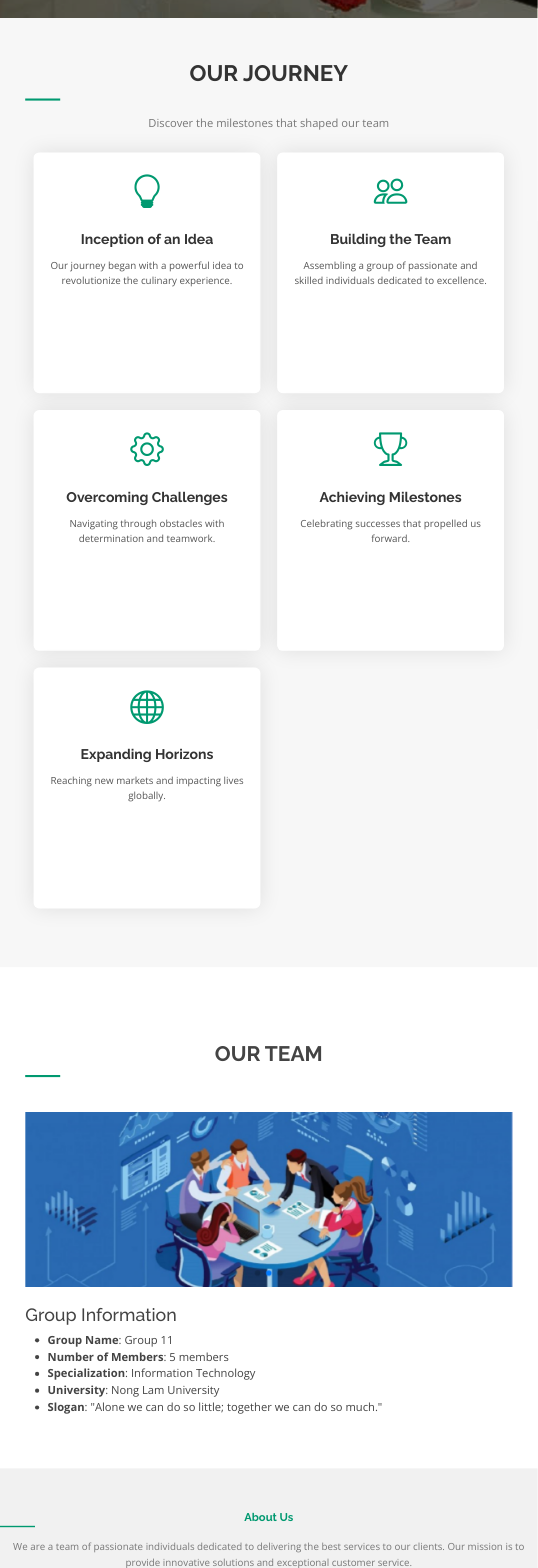
Repository: HoangKhangKhuPho4/Group_Web
Page: index.html
The author's editor kept a copy of each file at every save. The page is drawn from the files as they stood at one save, then again after the next save.
The browser window is 768 px wide. The pictures show the part of the page from y = 774 to 3014 px (the page is 3953 px tall before and 4114 px after), at 70% of full size.

Above is the page before, as saved 2024-10-20 00:19:50.

### index.html
<!DOCTYPE html>
<html lang="en">

<head>
  <meta charset="utf-8">
  <meta content="width=device-width, initial-scale=1.0" name="viewport">

  <title>Group 11</title>
  <meta content="" name="description">
  <meta content="" name="keywords">

  <!-- Favicons -->
  <link href="assets/img/favicon.png" rel="icon">
  <link href="assets/img/apple-touch-icon.png" rel="apple-touch-icon">

  <!-- Google Fonts -->
  <link
    href="https://fonts.googleapis.com/css?family=Open+Sans:300,300i,400,400i,600,600i,700,700i|Raleway:300,300i,400,400i,500,500i,600,600i,700,700i"
    rel="stylesheet">

  <!-- Vendor CSS Files -->
  <link href="assets/vendor/aos/aos.css" rel="stylesheet">
  <link href="assets/vendor/bootstrap/css/bootstrap.min.css" rel="stylesheet">
  <link href="assets/vendor/bootstrap-icons/bootstrap-icons.css" rel="stylesheet">
  <link href="assets/vendor/boxicons/css/boxicons.min.css" rel="stylesheet">
  <link href="assets/vendor/glightbox/css/glightbox.min.css" rel="stylesheet">
  <link href="assets/vendor/remixicon/remixicon.css" rel="stylesheet">
  <link href="assets/vendor/swiper/swiper-bundle.min.css" rel="stylesheet">

  <!-- Template Main CSS File -->
  <link href="assets/css/style.css" rel="stylesheet">

  <!-- Custom CSS -->
  <style>
    /* CSS cho Our Journey */

    .story-item {
      background: #fff;
      border-radius: 8px;
      box-shadow: 0 0 30px rgba(0, 0, 0, 0.1);
      transition: transform 0.3s;
      position: relative;
      width: 100%;
      overflow: hidden;
    }

    .story-item:hover {
      transform: translateY(-10px);
    }

    .story-item::before {
      content: "";
      display: block;
      padding-top: 100%; /* Tạo hình vuông */
    }

    .story-item .icon-box {
      position: absolute;
      top: 0;
      left: 0;
      right: 0;
      bottom: 0;
      display: flex;
      flex-direction: column;
      justify-content: center; /* Căn giữa theo chiều dọc */
      align-items: center; /* Căn giữa theo chiều ngang */
      padding: 20px;
    }

    .story-item .icon {
      margin-bottom: 20px;
      font-size: 48px;
      color: #009970;
    }

    .story-item .title {
      font-size: 20px;
      font-weight: 700;
      margin-bottom: 15px;
      color: #333;
      text-align: center;
    }

    .story-item .description {
      font-size: 14px;
      color: #555;
      text-align: center;
    }

    /* CSS cho Our Team */

    .portfolio-details .portfolio-details-slider {
      max-height: 400px; /* Giới hạn chiều cao slider */
      overflow: hidden;
    }

    .portfolio-details .portfolio-details-slider img {
      width: 100%;
      height: auto;
      max-height: 400px;
      object-fit: cover;
    }

    @media (max-width: 768px) {
      .portfolio-details .portfolio-details-slider {
        max-height: 250px; /* Giảm chiều cao trên màn hình nhỏ */
      }

      .portfolio-details .portfolio-details-slider img {
        max-height: 250px;
      }
    }
  </style>

</head>

<body>

  <!-- ======= Header ======= -->
  <header id="header" class="fixed-top d-flex align-items-center">
    <div class="container">
      <div class="header-container d-flex align-items-center justify-content-between">
        <div class="logo">
          <h1 class="text-light"><a href="index.html"><span>Group 11</span></a></h1>
        </div>

        <nav id="navbar" class="navbar">
          <ul>
            <li><a class="nav-link scrollto active" href="index.html">Home</a></li>
            <li><a class="nav-link scrollto" href="about.html">About</a></li>
            <li><a class="nav-link scrollto" href="groupDiary.html">Group Diary</a></li>
            <li><a class="nav-link scrollto" href="technical.html">Technical</a></li>
            <li><a class="nav-link scrollto" href="styleguide.html">Style Guide</a></li>
            <li><a class="nav-link scrollto" href="results.html">Results</a></li>
            <li><a class="nav-link scrollto" href="project.html">Project</a></li>
            <li><a class="nav-link scrollto" href="contact.html">Contact</a></li>
          </ul>
          <i class="bi bi-list mobile-nav-toggle"></i>
        </nav>
        <!-- .navbar -->

      </div>
      <!-- End Header Container -->
    </div>
  </header>
  <!-- End Header -->

  <!-- Bắt đầu phần nội dung chính -->
  <div class="content-wrap">
    <!-- ======= Hero Section ======= -->
    <section id="hero" class="d-flex align-items-center" style="padding-top: 80px;">
      <div class="container text-center position-relative" data-aos="fade-in" data-aos-delay="200">
        <h1>ENJOY YOUR HEALTHY DELICIOUS FOOD</h1>
        <h2>Lecturer: Trần Thị Thanh Nga</h2>
        <a href="https://caominhhieu22130081.github.io/nhom11-giaotiepnguoimay-master/" target="_blank"
          class="btn-get-started scrollto">Project</a>
      </div>
    </section>
    <!-- End Hero -->

    <main id="main">

      <!-- ======= Our Journey Section ======= -->
      <section id="our-team-story" class="our-team-story">
        <div class="container" data-aos="fade-up">
          <div class="section-title text-center">
            <h2>Our Journey</h2>
            <p>Discover the milestones that shaped our team</p>
          </div>

          <div class="story-container">
            <div class="row">

              <!-- Story Item 1 -->
              <div class="col-lg-4 col-md-6 mb-4">
                <div class="story-item" data-aos="fade-up" data-aos-delay="100">
                  <div class="icon-box">
                    <div class="icon">
                      <i class="bi bi-lightbulb"></i>
                    </div>
                    <h4 class="title">Inception of an Idea</h4>
                    <p class="description">Our journey began with a powerful idea to revolutionize the culinary experience.</p>
                  </div>
                </div>
              </div>

              <!-- Story Item 2 -->
              <div class="col-lg-4 col-md-6 mb-4">
                <div class="story-item" data-aos="fade-up" data-aos-delay="200">
                  <div class="icon-box">
                    <div class="icon">
                      <i class="bi bi-people"></i>
                    </div>
                    <h4 class="title">Building the Team</h4>
                    <p class="description">Assembling a group of passionate and skilled individuals dedicated to excellence.</p>
                  </div>
                </div>
              </div>

              <!-- Story Item 3 -->
              <div class="col-lg-4 col-md-6 mb-4">
                <div class="story-item" data-aos="fade-up" data-aos-delay="300">
                  <div class="icon-box">
                    <div class="icon">
                      <i class="bi bi-gear"></i>
                    </div>
                    <h4 class="title">Overcoming Challenges</h4>
                    <p class="description">Navigating through obstacles with determination and teamwork.</p>
                  </div>
                </div>
              </div>

              <!-- Story Item 4 -->
              <div class="col-lg-4 col-md-6 mb-4">
                <div class="story-item" data-aos="fade-up" data-aos-delay="400">
                  <div class="icon-box">
                    <div class="icon">
                      <i class="bi bi-trophy"></i>
                    </div>
                    <h4 class="title">Achieving Milestones</h4>
                    <p class="description">Celebrating successes that propelled us forward.</p>
                  </div>
                </div>
              </div>

              <!-- Story Item 5 -->
              <div class="col-lg-4 col-md-6 mb-4">
                <div class="story-item" data-aos="fade-up" data-aos-delay="500">
                  <div class="icon-box">
                    <div class="icon">
                      <i class="bi bi-globe"></i>
                    </div>
                    <h4 class="title">Expanding Horizons</h4>
                    <p class="description">Reaching new markets and impacting lives globally.</p>
                  </div>
                </div>
              </div>

            </div>
          </div>
        </div>
      </section>
      <!-- End Our Journey Section -->

      <!-- ======= Our Team Section ======= -->
      <section id="portfolio-details" class="portfolio-details" style="margin-top: 4%;">
        <div class="container">

          <div class="section-title text-center">
            <h2 style="font-size:30px; padding: 15px 30px;"><b>OUR TEAM</b></h2>
          </div>

          <div class="row gy-4">

            <div class="col-lg-6">
              <div class="portfolio-details-slider swiper">
                <div class="swiper-wrapper align-items-center">

                  <div class="swiper-slide">
                    <img src="assets/img/portfolio/portfolio-details-1.jpg" alt="">
                  </div>

                  <div class="swiper-slide">
                    <img src="assets/img/portfolio/portfolio-details-2.jpg" alt="">
                  </div>

                  <div class="swiper-slide">
                    <img src="assets/img/portfolio/portfolio-details-3.jpg" alt="">
                  </div>

                </div>
                <div class="swiper-pagination"></div>
              </div>
            </div>

            <div class="col-lg-6">
              <div class="portfolio-info">
                <h3>Group Information</h3>
                <ul>
                  <li><strong>Group Name</strong>: Group 11</li>
                  <li><strong>Number of Members</strong>: 5 members</li>
                  <li><strong>Specialization</strong>: Information Technology</li>
                  <li><strong>University</strong>: Nong Lam University</li>
                  <li><strong>Slogan</strong>: "Alone we can do so little; together we can do so much."</li>
                </ul>
              </div>

            </div>

          </div>

        </div>
      </section>
      <!-- End Our Team Section -->

    </main>
    <!-- End #main -->
  </div>
  <!-- Kết thúc phần nội dung chính -->

  <!-- ======= Footer ======= -->
  <footer id="footer">
    <!-- ... (giữ nguyên nội dung footer) ... -->
    <div class="footer-container">
      <div class="footer-column">
        <h4>About Us</h4>
        <p>We are a team of passionate individuals dedicated to delivering the best services to our clients. Our mission
          is to provide innovative solutions and exceptional customer service.</p>
      </div>
      <div class="footer-column">
        <h4>Useful Links</h4>
        <ul>
          <li><a href="index.html">Home</a></li>
          <li><a href="about.html">About Us</a></li>
          <li><a href="services.html">Services</a></li>
          <li><a href="terms.html">Terms of Service</a></li>
          <li><a href="privacy.html">Privacy Policy</a></li>
        </ul>
      </div>
      <div class="footer-column">
        <h4>Services</h4>
        <ul>
          <li><a href="#">Web Design</a></li>
          <li><a href="#">Web Development</a></li>
          <li><a href="#">Marketing</a></li>
          <li><a href="#">Graphic Design</a></li>
          <li><a href="#">Technical Support</a></li>
        </ul>
      </div>
      <div class="footer-column">
        <h4>Contact Us</h4>
        <p>
          123 ABC Street, XYZ District<br>
          City, Country<br>
          Phone: +84 123 456 789<br>
          Email: info@example.com
        </p>
      </div>
    </div>
    <div class="footer-bottom">
      <div class="container d-md-flex py-4">
        <div class="me-md-auto text-center text-md-start">
          <div class="copyright">
            &copy; Copyright <strong><span>Group 11</span></strong>. All Rights Reserved
          </div>
          <div class="credits">
            Designed by <a href="#">Group 11</a>
          </div>
        </div>
        <div class="social-links text-center text-md-right pt-3 pt-md-0">
          <a href="#" class="twitter" title="Twitter"><i class="bx bxl-twitter"></i></a>
          <a href="#" class="facebook" title="Facebook"><i class="bx bxl-facebook"></i></a>
          <a href="#" class="instagram" title="Instagram"><i class="bx bxl-instagram"></i></a>
          <a href="#" class="google-plus" title="Skype"><i class="bx bxl-skype"></i></a>
          <a href="#" class="linkedin" title="LinkedIn"><i class="bx bxl-linkedin"></i></a>
        </div>
      </div>
    </div>
  </footer>
  <!-- End Footer -->

  <!-- Back to Top -->
  <a href="#" class="back-to-top d-flex align-items-center justify-content-center"><i
      class="bi bi-arrow-up-short"></i></a>

  <!-- Vendor JS Files -->
  <script src="assets/vendor/aos/aos.js"></script>
  <script src="assets/vendor/bootstrap/js/bootstrap.bundle.min.js"></script>
  <script src="assets/vendor/purecounter/purecounter.js"></script>
  <script src="assets/vendor/glightbox/js/glightbox.min.js"></script>
  <script src="assets/vendor/isotope-layout/isotope.pkgd.min.js"></script>
  <script src="assets/vendor/swiper/swiper-bundle.min.js"></script>
  <!-- Template Main JS File -->
  <script src="assets/js/main.js"></script>

  <!-- Initialize AOS -->
  <script>
    AOS.init({
      duration: 1000,
      once: true,
    });
  </script>

</body>

</html>

Loaded but not shown: assets/vendor/aos/aos.css (library); assets/vendor/bootstrap/css/bootstrap.min.css (library); assets/vendor/bootstrap-icons/bootstrap-icons.css (library); assets/vendor/boxicons/css/boxicons.min.css (library); assets/vendor/glightbox/css/glightbox.min.css (library); assets/vendor/remixicon/remixicon.css (library); assets/vendor/swiper/swiper-bundle.min.css (library); assets/vendor/aos/aos.js (library); assets/vendor/bootstrap/js/bootstrap.bundle.min.js (library); assets/vendor/purecounter/purecounter.js (library); assets/vendor/glightbox/js/glightbox.min.js (library); assets/vendor/isotope-layout/isotope.pkgd.min.js (library); assets/vendor/swiper/swiper-bundle.min.js (library); assets/js/main.js (252 lines, source omitted); assets/css/style.css (787 lines, source omitted)

After the next save:
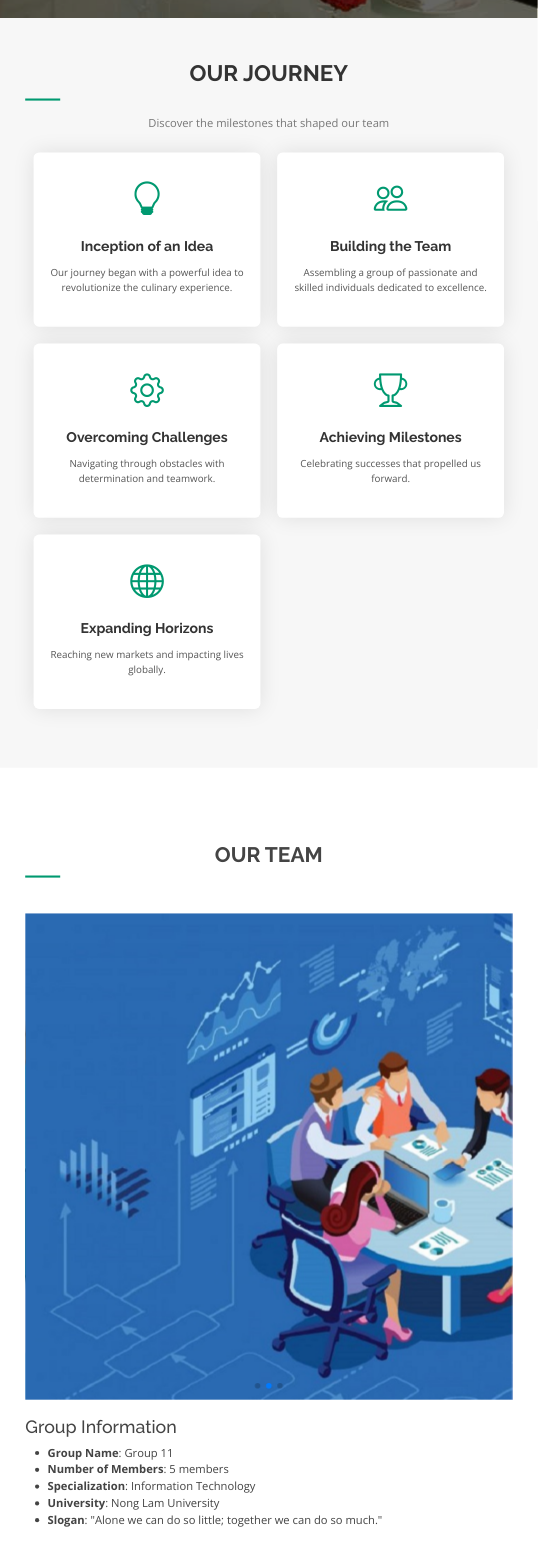
Saved 83 s later.
--- a/index.html
+++ b/index.html
@@ -32,84 +32,7 @@
 
   <!-- Custom CSS -->
   <style>
-    /* CSS cho Our Journey */
-
-    .story-item {
-      background: #fff;
-      border-radius: 8px;
-      box-shadow: 0 0 30px rgba(0, 0, 0, 0.1);
-      transition: transform 0.3s;
-      position: relative;
-      width: 100%;
-      overflow: hidden;
-    }
-
-    .story-item:hover {
-      transform: translateY(-10px);
-    }
-
-    .story-item::before {
-      content: "";
-      display: block;
-      padding-top: 100%; /* Tạo hình vuông */
-    }
-
-    .story-item .icon-box {
-      position: absolute;
-      top: 0;
-      left: 0;
-      right: 0;
-      bottom: 0;
-      display: flex;
-      flex-direction: column;
-      justify-content: center; /* Căn giữa theo chiều dọc */
-      align-items: center; /* Căn giữa theo chiều ngang */
-      padding: 20px;
-    }
-
-    .story-item .icon {
-      margin-bottom: 20px;
-      font-size: 48px;
-      color: #009970;
-    }
-
-    .story-item .title {
-      font-size: 20px;
-      font-weight: 700;
-      margin-bottom: 15px;
-      color: #333;
-      text-align: center;
-    }
-
-    .story-item .description {
-      font-size: 14px;
-      color: #555;
-      text-align: center;
-    }
-
-    /* CSS cho Our Team */
-
-    .portfolio-details .portfolio-details-slider {
-      max-height: 400px; /* Giới hạn chiều cao slider */
-      overflow: hidden;
-    }
-
-    .portfolio-details .portfolio-details-slider img {
-      width: 100%;
-      height: auto;
-      max-height: 400px;
-      object-fit: cover;
-    }
-
-    @media (max-width: 768px) {
-      .portfolio-details .portfolio-details-slider {
-        max-height: 250px; /* Giảm chiều cao trên màn hình nhỏ */
-      }
-
-      .portfolio-details .portfolio-details-slider img {
-        max-height: 250px;
-      }
-    }
+
   </style>
 
 </head>
